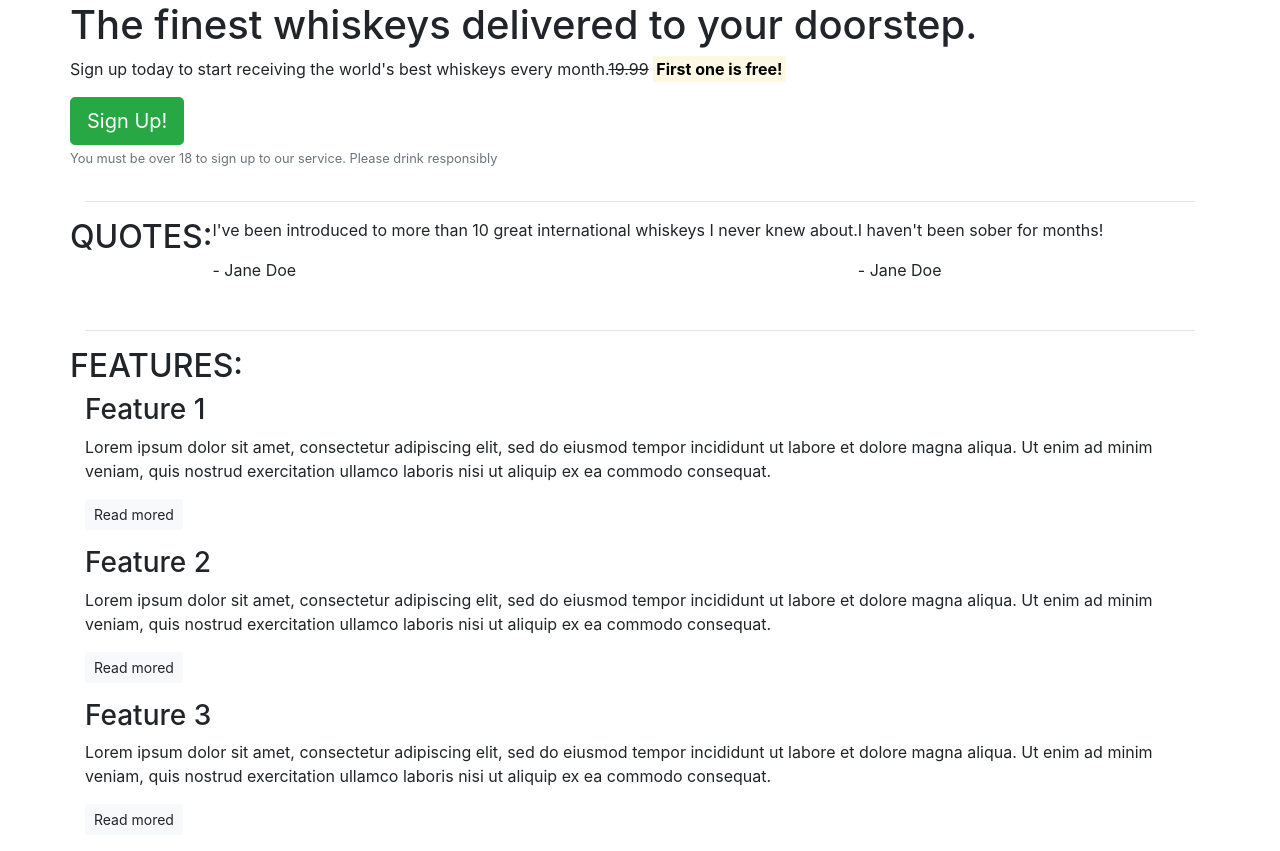
Repository: manub7/bootstrap4-mobile-first
Page: index.html
The author's editor kept a record of every edit. The page is drawn from the files as they stood at one moment, then again after the next edit.
The browser window is 1280 px wide. The pictures show the whole page.

Above is the page before.

### index.html
<!DOCTYPE html>
<html lang="en-us">

<head>
    <meta charset="utf-8">
    <meta name="viewport" content="width=device-width, initial-scale=1.0">
    <title>Whiskey Drop | Taste a new whiskey every month</title>
    <link rel="stylesheet" href="https://maxcdn.bootstrapcdn.com/bootstrap/4.1.3/css/bootstrap.min.css">
</head>

<body>
    <article class="container">
        <!-- Callout -->
        <div class="row">
            <div class="col-12"></div>
            <section class="callout">
                <h1>The finest whiskeys delivered to your doorstep.</h1>
                <p clas="lead">Sign up today to start receiving the world's best whiskeys every month.<s>19.99</s> <strong><mark> First one is free!</mark></strong></p>
                <button class="btn btn-success btn-lg">Sign Up!</button>
                <p class="text-muted"><small> You must be over 18 to sign up to our service. Please drink responsibly </small></p>
            </section>
            </div>
            <div class="row"></div>
            <!-- /.callout -->
            <hr>

            <!-- Quotes -->
            <section class="quotes">
                <div class="row">
                    <h2 class="text-uppercase">Quotes:</h2>
                    <blockquote class="quote">
                        <p>I've been introduced to more than 10 great international whiskeys I never knew about.</p>
                        <p>- Jane Doe</p>
                    </blockquote>
                    <blockquote class="quote">
                        <p>I haven't been sober for months!</p>
                        <p>- Jane Doe</p>
                        </blockquotes>
                </div>
            </section>
            <!-- /.quotes -->
            <hr>

            <!-- Features -->
            <section class="features">
                <div class="row">
                    <h2 class="text-uppercase">Features:</h2>
                </div>
                <div>
                    <div class="feature">
                        <h3>Feature 1</h3>
                        <p>Lorem ipsum dolor sit amet, consectetur adipiscing elit, sed do eiusmod tempor incididunt ut labore et dolore magna aliqua. Ut enim ad minim veniam, quis nostrud exercitation ullamco laboris nisi ut aliquip ex ea commodo consequat.</p>
                        <p><a class="btn btn-sm btn-light">Read mored</a></p>
                    </div>
                    <div class="feature">
                        <h3>Feature 2</h3>
                        <p>Lorem ipsum dolor sit amet, consectetur adipiscing elit, sed do eiusmod tempor incididunt ut labore et dolore magna aliqua. Ut enim ad minim veniam, quis nostrud exercitation ullamco laboris nisi ut aliquip ex ea commodo consequat.</p>
                        <p><a class="btn btn-sm btn-light">Read mored</a></p>
                    </div>
                    <div class="feature">
                        <h3>Feature 3</h3>
                        <p>Lorem ipsum dolor sit amet, consectetur adipiscing elit, sed do eiusmod tempor incididunt ut labore et dolore magna aliqua. Ut enim ad minim veniam, quis nostrud exercitation ullamco laboris nisi ut aliquip ex ea commodo consequat.</p>
                        <p><a class="btn btn-sm btn-light">Read mored</a></p>
                    </div>
                </div>
            </section>
            <!-- /.features -->
    </article>
</body>

</html>

After the next edit:
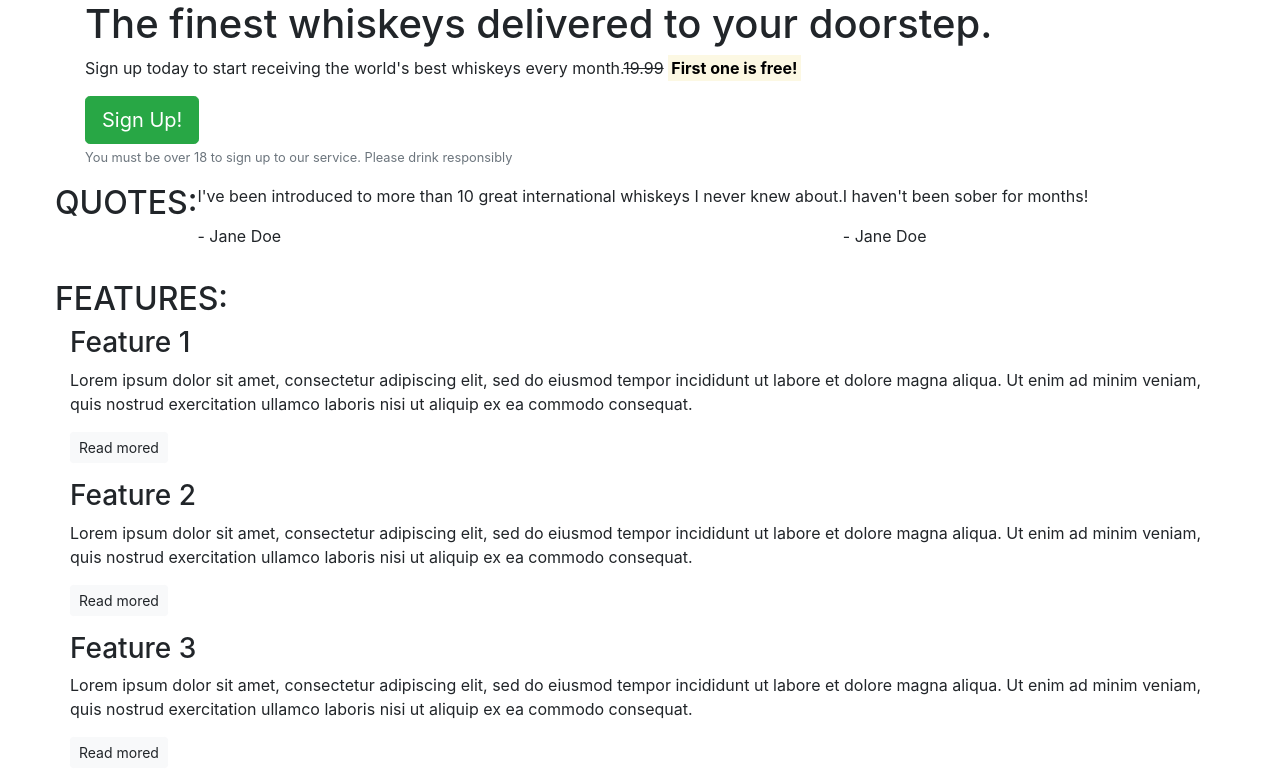
The edit:
--- a/index.html
+++ b/index.html
@@ -12,13 +12,13 @@
     <article class="container">
         <!-- Callout -->
         <div class="row">
-            <div class="col-12"></div>
-            <section class="callout">
-                <h1>The finest whiskeys delivered to your doorstep.</h1>
-                <p clas="lead">Sign up today to start receiving the world's best whiskeys every month.<s>19.99</s> <strong><mark> First one is free!</mark></strong></p>
-                <button class="btn btn-success btn-lg">Sign Up!</button>
-                <p class="text-muted"><small> You must be over 18 to sign up to our service. Please drink responsibly </small></p>
-            </section>
+            <div class="col-12">
+                <section class="callout">
+                    <h1>The finest whiskeys delivered to your doorstep.</h1>
+                    <p clas="lead">Sign up today to start receiving the world's best whiskeys every month.<s>19.99</s> <strong><mark> First one is free!</mark></strong></p>
+                    <button class="btn btn-success btn-lg">Sign Up!</button>
+                    <p class="text-muted"><small> You must be over 18 to sign up to our service. Please drink responsibly </small></p>
+                </section>
             </div>
             <div class="row"></div>
             <!-- /.callout -->
